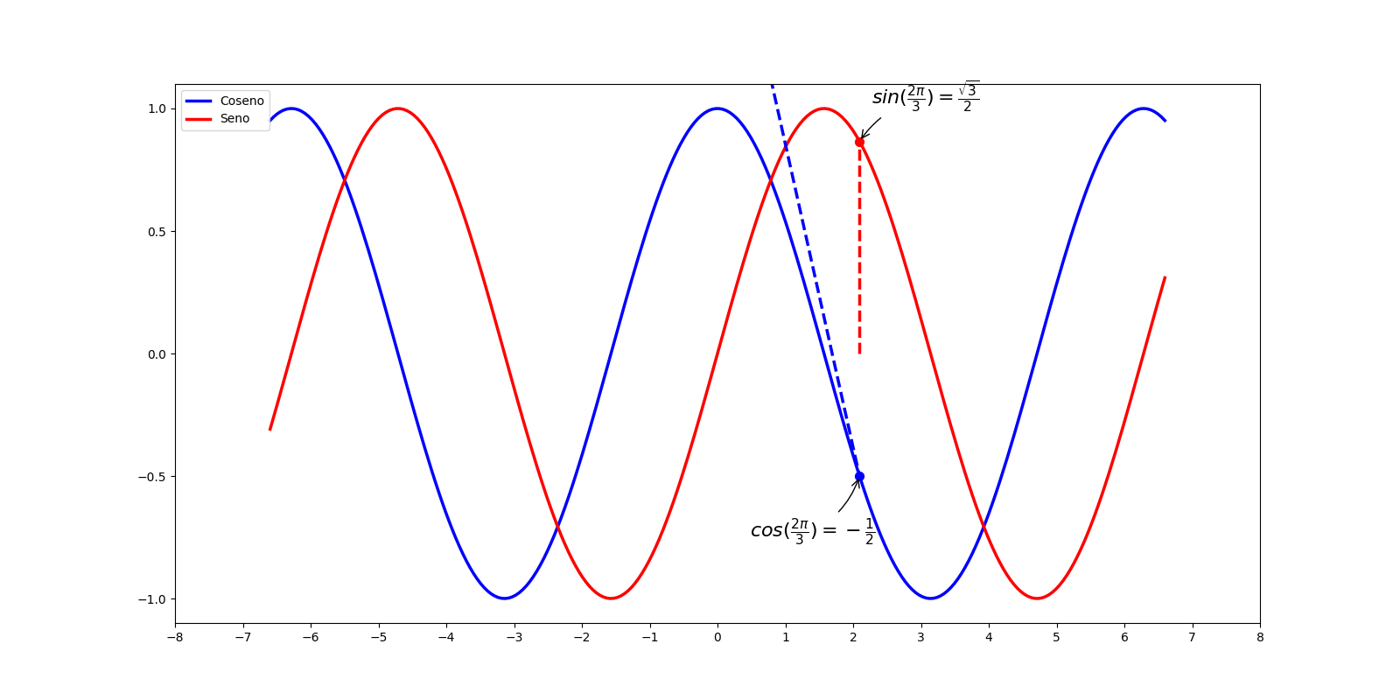
Repository: Jaamunozr/Archivos-python
Script's output: python Archivos Python/Graficas/ejecutable.py
These files come from the project's save history. The script's output is drawn as it stood at one moment and after the next save; the edit follows.
Figures wider than 1,400 px are first shrunk to that width. Animations are shown at an early frame. Random numbers start from a fixed seed.

Above is the script's output before, as saved 2020-02-16 22:00:14.

After the next save:
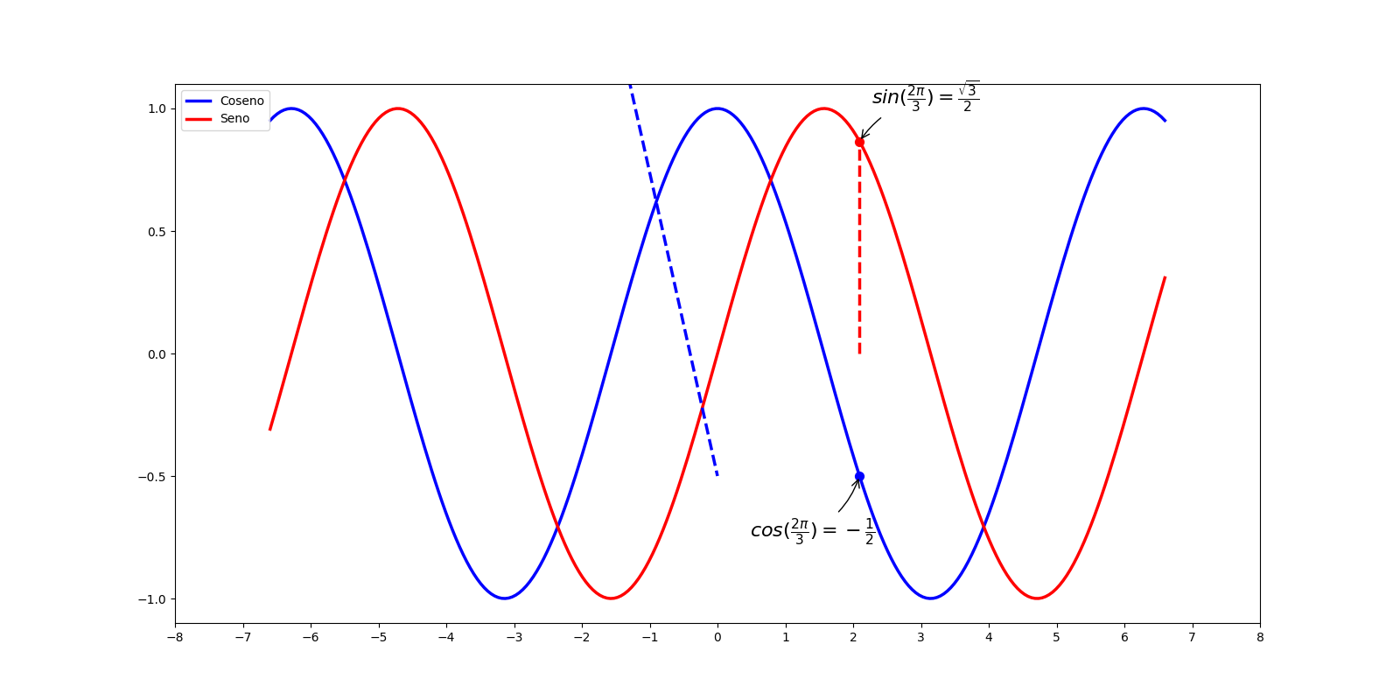
Saved 24 s later.
--- a/Archivos Python/Graficas/ejecutable.py
+++ b/Archivos Python/Graficas/ejecutable.py
@@ -56,7 +56,7 @@
 #AGREGRA UNA ANOTACION EN UN PUNTO CONOCIDO
 t = 2 * np.pi / 3
 #Para coseno------------------------------------------------------------------------------------
-pl.plot([0, t], [t, np.cos(t)], color='blue', linewidth=2.5, linestyle="--")
+pl.plot([-t, 0], [t, np.cos(t)], color='blue', linewidth=2.5, linestyle="--")
 #pl.plot([0, np.cos(t)], [t, t], color='blue', linewidth=2.5, linestyle="--")
 pl.scatter([t, ], [np.cos(t), ], 50, color='blue') #DEFINE LAS CARACTERISTICAS DEN PUNTO (CIRCULO)
 pl.annotate(r'$sin(\frac{2\pi}{3})=\frac{\sqrt{3}}{2}$',#DATOS A IMPRIMIR DEL TEXTO

After the save that followed:
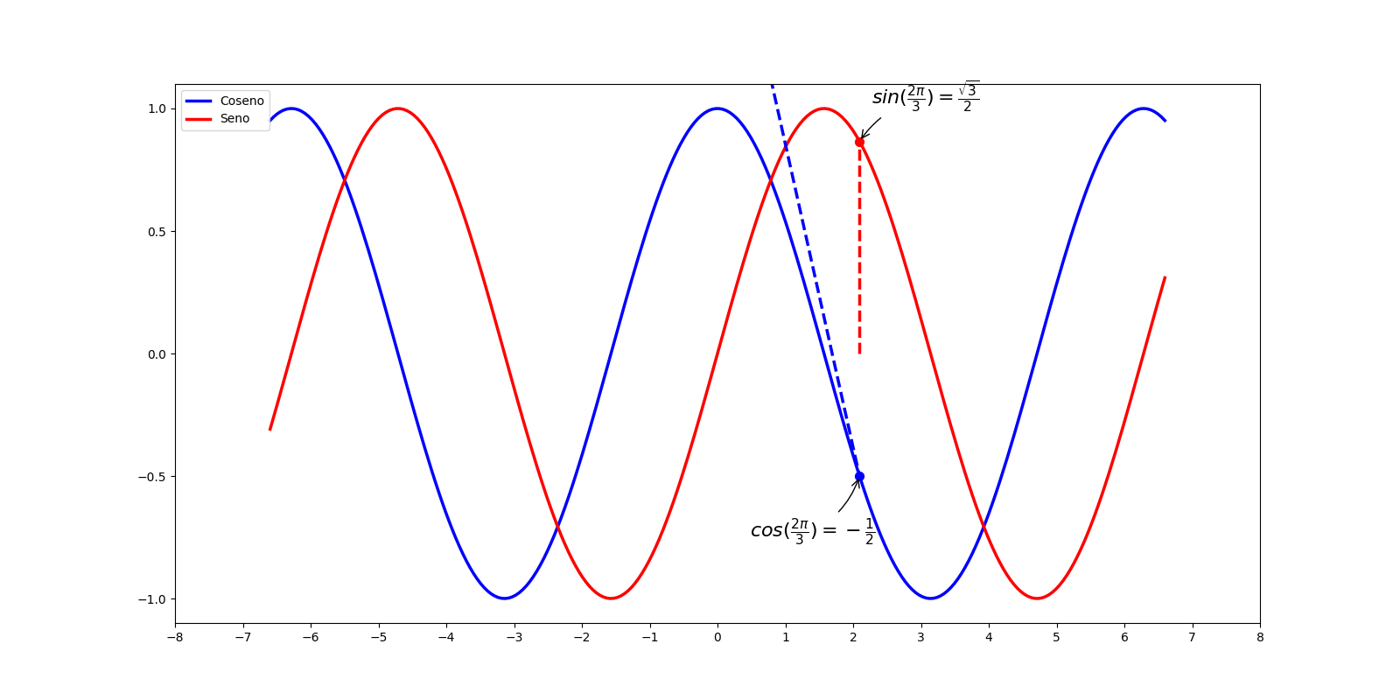
Saved 29 s later.
--- a/Archivos Python/Graficas/ejecutable.py
+++ b/Archivos Python/Graficas/ejecutable.py
@@ -56,7 +56,7 @@
 #AGREGRA UNA ANOTACION EN UN PUNTO CONOCIDO
 t = 2 * np.pi / 3
 #Para coseno------------------------------------------------------------------------------------
-pl.plot([-t, 0], [t, np.cos(t)], color='blue', linewidth=2.5, linestyle="--")
+pl.plot([0, t], [t, np.cos(t)], color='blue', linewidth=2.5, linestyle="--")
 #pl.plot([0, np.cos(t)], [t, t], color='blue', linewidth=2.5, linestyle="--")
 pl.scatter([t, ], [np.cos(t), ], 50, color='blue') #DEFINE LAS CARACTERISTICAS DEN PUNTO (CIRCULO)
 pl.annotate(r'$sin(\frac{2\pi}{3})=\frac{\sqrt{3}}{2}$',#DATOS A IMPRIMIR DEL TEXTO
